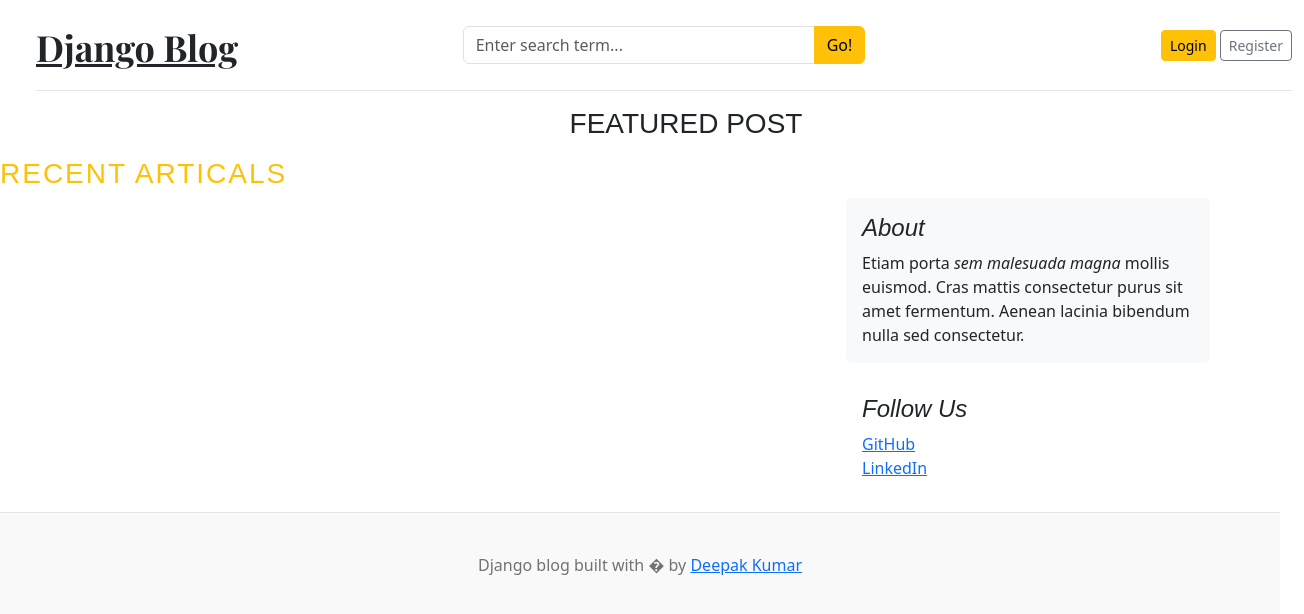
Repository: vijayholve/Blog-Website-Django
Page: templates/home.html
The author's editor kept a copy of each file at every save. The page is drawn from the files as they stood at one save, then again after the next save.
The browser window is 1280 px wide. The page is 1304 px wide, so the pictures cover 1304 px, including what lies to the right of the window. The pictures show the whole page.
Some web fonts or font styles are not loaded; a fallback is used. The template is drawn by Django 5.2. The application's start-up code is not run. Other server files are loaded and not shown. The template is opened directly, without the code that normally fills it, so the values that code supplies are empty.

Above is the page before, as saved 2025-01-29 16:13:16.

### templates/home.html

{% extends 'base/base.html' %}

{% block content %}

{% for post in featured_post %}
 {% if forloop.first %}
<div class="jumbotron p-3 p-md-5 text-white rounded bg-dark" style="background-image: url({{ post.blog_image.url }});background-blend-mode: overlay;background-size:cover;">
    <div class="col-md-8 px-0">
      <h1 class="display-4 font-italic"><a href="{% url 'blogs' post.slug %}">{{ post.title }}</a></h1>
      <p class="lead my-3">{{ post.short_description | truncatewords:20 }}</p>
      <p class="lead mb-0"><a href="#" class="text-white font-weight-bold">Continue reading...</a></p>
    </div>
</div>
  {% endif %}
{% endfor %}


<!-- Featured POST -->
<h3 class="container mr-4 text-uppercase text-dark text-bold text-center" >Featured POST</h3>
  <div class="row mb-2">
    {% for post in featured_post %}
      {% if not forloop.first %}
    <div class="col-md-6">
      <div class="card border-0" >
        <div class="card-body">
          <h3><a href="{% url 'blogs' post.slug %}">{{ post.title }}</a></h3>
          <small class="mb-1 text-muted">
            <span class=" material-symbols-outlined">
            schedule
            </span>
            {{ post.created_at | timesince }} ago | {{ post.author }}</small>
          <p class="card-text">{{ post.short_description | truncatewords:20 }}</p>
        </div>
      </div>
    </div>
     {% endif %}
    {% endfor %}
  </div>


  <!-- Recent artical -->
  <h3 class="text-uppercase text-warning" style="letter-spacing: 2px;">Recent Articals</h3>
  <main role="main" class="container p-0">
    <div class="row">
      <div class="col-md-8 blog-main">
        {% for post in posts %}
        <div class="card border-0" >
          <div class="card-body">
            <h3><a href="{% url 'blogs' post.slug %}">{{ post.title }}</a></h3>
            <small class="mb-1 text-muted">{{ post.created_at | timesince }} ago | {{ post.author }}</small>
            <p class="card-text">{{ post.short_description | truncatewords:20 }}</p>
          </div>
        </div>
        {% endfor %}
      </div>
      <!-- /.blog-main -->

      <aside class="col-md-4 blog-sidebar">
        <div class="p-3 mb-3 bg-light rounded">
          <h4 class="font-italic">About</h4>
          <p class="mb-0">Etiam porta <em>sem malesuada magna</em> mollis euismod. Cras mattis consectetur purus sit amet fermentum. Aenean lacinia bibendum nulla sed consectetur.</p>
        </div>

        <div class="p-3">
          <h4 class="font-italic">Follow Us</h4>
          <ol class="list-unstyled">
            <li><a href="#">GitHub</a></li>
            <li><a href="#">LinkedIn</a></li>
          </ol>
        </div>
      </aside><!-- /.blog-sidebar -->

    </div><!-- /.row -->

  </main><!-- /.container -->

</div>
{% endblock %}

### templates/base/base.html
<!-- Header part -->
{% include './header.html' %}

<!-- Main content part -->
{% block content %}
<div class="container-fluid">

</div>
{% endblock %}

<!-- Footer -->
{% include './footer.html' %}

### templates/base/header.html
{% load static %}
<!DOCTYPE html>
<html lang="en">
<head>
    <meta charset="UTF-8">
    <meta http-equiv="X-UA-Compatible" content="IE=edge">
    <meta name="viewport" content="width=device-width, initial-scale=1.0">
    <title>SM Joshi Blogs</title>
    <link href="https://getbootstrap.com/docs/4.0/dist/css/bootstrap.min.css" rel="stylesheet">
    <link href="https://fonts.googleapis.com/css?family=Playfair+Display:700,900" rel="stylesheet">
    <link href="{% static 'css/blog.css' %}" rel="stylesheet">
    <link href="{% static 'css/Navbar.css' %}" rel="stylesheet">
    <link rel="stylesheet" href="https://cdn.jsdelivr.net/npm/bootstrap@4.4.1/dist/css/bootstrap.min.css" integrity="sha384-Vkoo8x4CGsO3+Hhxv8T/Q5PaXtkKtu6ug5TOeNV6gBiFeWPGFN9MuhOf23Q9Ifjh" crossorigin="anonymous">
    <link href="https://cdn.jsdelivr.net/npm/bootstrap@5.3.3/dist/css/bootstrap.min.css" rel="stylesheet" integrity="sha384-QWTKZyjpPEjISv5WaRU9OFeRpok6YctnYmDr5pNlyT2bRjXh0JMhjY6hW+ALEwIH" crossorigin="anonymous">
    <link rel="stylesheet" href="https://fonts.googleapis.com/css2?family=Material+Symbols+Outlined:opsz,wght,FILL,GRAD@20..48,100..700,0..1,-50..200&icon_names=schedule" />
    <link rel="stylesheet" href="https://cdnjs.cloudflare.com/ajax/libs/font-awesome/4.7.0/css/font-awesome.min.css">

  </head>
<body>
    <div class="container-fluid ml-4">
      <header class="blog-header py-3">
        <div class="row flex-nowrap justify-content-between align-items-center">
          <div class="col-4 pt-1">
            <a class="blog-header-logo text-dark" href="/">Django Blog</a>
          </div>
          <div class="col-4">
            <form action="{% url 'search' %}" method="GET">
              <div class="input-group">
                <input class="form-control" name="keyword" type="text" placeholder="Enter search term..." aria-label="Enter search term..." aria-describedby="button-search" />
                <button type="submit" class="btn btn-warning" id="button-search" type="button">Go!</button>
            </div>
            </form>
          </div>

          <div class="col-4 d-flex justify-content-end align-items-center">
            {% if not user.is_authenticated %}
            <a class="btn btn-sm btn-warning" href="{% url 'login' %}">Login</a> &nbsp;
            <a class="btn btn-sm btn-outline-secondary" href="{% url 'register' %}">Register</a>
            {% else %}
            <span><a href="{% url 'dashboard' %}" class="btn btn-warning">Dashboard</a></span> &nbsp;
            <span><a href="{% url 'logout' %}">Logout</a></span>
            {% endif %}
          </div>
        </div>
      </header>

      <div class="nav-scroller py-1 mb-2">
        <nav class="nav d-flex justify-content-between">
          {% for cat in categories %}
          <a class="p-2 text-muted" href="{% url 'posts_by_category' cat.id  %}">{{ cat.category_name }}</a>
          {% endfor %}
        </nav>
      </div>
    </div>
    <script src="https://cdn.jsdelivr.net/npm/bootstrap@5.3.3/dist/js/bootstrap.bundle.min.js" integrity="sha384-YvpcrYf0tY3lHB60NNkmXc5s9fDVZLESaAA55NDzOxhy9GkcIdslK1eN7N6jIeHz" crossorigin="anonymous"></script>
</body>
</html>

### templates/base/footer.html
<footer class="blog-footer">
    <p>Django blog built with � by <a href="#">Deepak Kumar</a></p>
  </footer>
  </body>
  </html>

### static/css/blog.css
/* stylelint-disable selector-list-comma-newline-after */

.blog-header {
  border-bottom: 1px solid #e5e5e5;
}

.blog-header-logo {
  font-family: "Playfair Display", Georgia, "Times New Roman", serif/*rtl:Amiri, Georgia, "Times New Roman", serif*/;
  font-size: 2.25rem;
}

.blog-header-logo:hover {
  text-decoration: none;
}

h1, h2, h3, h4, h5, h6 {
  font-family: "Playfair Display", Georgia, "Times New Roman", serif/*rtl:Amiri, Georgia, "Times New Roman", serif*/;
}

.display-4 {
  font-size: 2.5rem;
}
@media (min-width: 768px) {
  .display-4 {
    font-size: 3rem;
  }
}

.flex-auto {
  flex: 0 0 auto;
}

.h-250 { height: 250px; }
@media (min-width: 768px) {
  .h-md-250 { height: 250px; }
}

/* Pagination */
.blog-pagination {
  margin-bottom: 4rem;
}

/*
 * Blog posts
 */
.blog-post {
  margin-bottom: 4rem;
}
.blog-post-title {
  font-size: 2.5rem;
}
.blog-post-meta {
  margin-bottom: 1.25rem;
  color: #727272;
}

/*
 * Footer
 */
.blog-footer {
  padding: 2.5rem 0;
  color: #727272;
  text-align: center;
  background-color: #f9f9f9;
  border-top: .05rem solid #e5e5e5;
}
.blog-footer p:last-child {
  margin-bottom: 0;
}


.material-symbols-outlined{
  width: 20px;
  /* height: 300px; */
}

### static/css/Navbar.css
:root {
    --font-family-sans-serif: "Open Sans", -apple-system, BlinkMacSystemFont,
    "Segoe UI", Roboto, "Helvetica Neue", Arial, sans-serif, "Apple Color Emoji",
    "Segoe UI Emoji", "Segoe UI Symbol", "Noto Color Emoji";
}

*, *::before, *::after {
    -webkit-box-sizing: border-box;
    box-sizing: border-box;
}

html {
    font-family: sans-serif;
    line-height: 1.15;
    -webkit-text-size-adjust: 100%;
    -webkit-tap-highlight-color: rgba(0, 0, 0, 0);
}

nav {
    display: block;
}

body {
    margin: 0;
    font-family: "Open Sans", -apple-system, BlinkMacSystemFont, "Segoe UI",
    Roboto, "Helvetica Neue", Arial, sans-serif, "Apple Color Emoji",
    "Segoe UI Emoji", "Segoe UI Symbol", "Noto Color Emoji";
    font-size: 1rem;
    font-weight: 400;
    line-height: 1.5;
    color: #515151;
    text-align: left;
    background-color: #e9edf4;
}

h1, h2, h3, h4, h5, h6 {
    margin-top: 0;
    margin-bottom: 0.5rem;
}

p {
    margin-top: 0;
    margin-bottom: 1rem;
}

a {
    color: #3f84fc;
    text-decoration: none;
    background-color: transparent;
}

a:hover {
    color: #0458eb;
    text-decoration: underline;
}

h1, h2, h3, h4, h5, h6, .h1, .h2, .h3, .h4, .h5, .h6 {
    font-family: "Nunito", sans-serif;
    margin-bottom: 0.5rem;
    font-weight: 500;
    line-height: 1.2;
}

h1, .h1 {
    font-size: 2.5rem;
    font-weight: normal;
}

.card {
    position: relative;
    display: -webkit-box;
    display: -webkit-flex;
    display: -ms-flexbox;
    display: flex;
    -webkit-box-orient: vertical;
    -webkit-box-direction: normal;
    -webkit-flex-direction: column;
    -ms-flex-direction: column;
    flex-direction: column;
    min-width: 0;
    word-wrap: break-word;
    background-color: #fff;
    background-clip: border-box;
    border: 1px solid rgba(0, 0, 0, 0.125);
    border-radius: 0;
}

.card-body {
    -webkit-box-flex: 1;
    -webkit-flex: 1 1 auto;
    -ms-flex: 1 1 auto;
    flex: 1 1 auto;
    padding: 1.25rem;
}

.card-header {
    padding: 0.75rem 1.25rem;
    margin-bottom: 0;
    background-color: rgba(0, 0, 0, 0.03);
    border-bottom: 1px solid rgba(0, 0, 0, 0.125);
    text-align: center;
}

.dashboard {
    display: -webkit-box;
    display: -webkit-flex;
    display: -ms-flexbox;
    display: flex;
    min-height: 100vh;
}

.dashboard-app {
    display: -webkit-box;
    display: -webkit-flex;
    display: -ms-flexbox;
    display: flex;
    -webkit-box-orient: vertical;
    -webkit-box-direction: normal;
    -webkit-flex-direction: column;
    -ms-flex-direction: column;
    flex-direction: column;
    -webkit-box-flex: 2;
    -webkit-flex-grow: 2;
    -ms-flex-positive: 2;
    flex-grow: 2;
    margin-top: 84px;
}

.dashboard-content {
    -webkit-box-flex: 2;
    -webkit-flex-grow: 2;
    -ms-flex-positive: 2;
    flex-grow: 2;
    padding: 25px;
}

.dashboard-nav {
    min-width: 238px;
    position: fixed;
    left: 0;
    top: 0;
    bottom: 0;
    overflow: auto;
    background-color: #373193;
}

.dashboard-compact .dashboard-nav {
    display: none;
}

.dashboard-nav header {
    min-height: 84px;
    padding: 8px 27px;
    display: -webkit-box;
    display: -webkit-flex;
    display: -ms-flexbox;
    display: flex;
    -webkit-box-pack: center;
    -webkit-justify-content: center;
    -ms-flex-pack: center;
    justify-content: center;
    -webkit-box-align: center;
    -webkit-align-items: center;
    -ms-flex-align: center;
    align-items: center;
}

.dashboard-nav header .menu-toggle {
    display: none;
    margin-right: auto;
}

.dashboard-nav a {
    color: #515151;
}

.dashboard-nav a:hover {
    text-decoration: none;
}

.dashboard-nav {
    background-color: #443ea2;
}

.dashboard-nav a {
    color: #fff;
}

.brand-logo {
    font-family: "Nunito", sans-serif;
    font-weight: bold;
    font-size: 20px;
    display: -webkit-box;
    display: -webkit-flex;
    display: -ms-flexbox;
    display: flex;
    color: #515151;
    -webkit-box-align: center;
    -webkit-align-items: center;
    -ms-flex-align: center;
    align-items: center;
}

.brand-logo:focus, .brand-logo:active, .brand-logo:hover {
    color: #dbdbdb;
    text-decoration: none;
}

.brand-logo i {
    color: #d2d1d1;
    font-size: 27px;
    margin-right: 10px;
}

.dashboard-nav-list {
    display: -webkit-box;
    display: -webkit-flex;
    display: -ms-flexbox;
    display: flex;
    -webkit-box-orient: vertical;
    -webkit-box-direction: normal;
    -webkit-flex-direction: column;
    -ms-flex-direction: column;
    flex-direction: column;
}

.dashboard-nav-item {
    min-height: 56px;
    padding: 8px 20px 8px 70px;
    display: -webkit-box;
    display: -webkit-flex;
    display: -ms-flexbox;
    display: flex;
    -webkit-box-align: center;
    -webkit-align-items: center;
    -ms-flex-align: center;
    align-items: center;
    letter-spacing: 0.02em;
    transition: ease-out 0.5s;
}

.dashboard-nav-item i {
    width: 36px;
    font-size: 19px;
    margin-left: -40px;
}

.dashboard-nav-item:hover {
    background: rgba(255, 255, 255, 0.04);
}

.active {
    background: rgba(0, 0, 0, 0.1);
}

.dashboard-nav-dropdown {
    display: -webkit-box;
    display: -webkit-flex;
    display: -ms-flexbox;
    display: flex;
    -webkit-box-orient: vertical;
    -webkit-box-direction: normal;
    -webkit-flex-direction: column;
    -ms-flex-direction: column;
    flex-direction: column;
}

.dashboard-nav-dropdown.show {
    background: rgba(255, 255, 255, 0.04);
}

.dashboard-nav-dropdown.show > .dashboard-nav-dropdown-toggle {
    font-weight: bold;
}

.dashboard-nav-dropdown.show > .dashboard-nav-dropdown-toggle:after {
    -webkit-transform: none;
    -o-transform: none;
    transform: none;
}

.dashboard-nav-dropdown.show > .dashboard-nav-dropdown-menu {
    display: -webkit-box;
    display: -webkit-flex;
    display: -ms-flexbox;
    display: flex;
}

.dashboard-nav-dropdown-toggle:after {
    content: "";
    margin-left: auto;
    display: inline-block;
    width: 0;
    height: 0;
    border-left: 5px solid transparent;
    border-right: 5px solid transparent;
    border-top: 5px solid rgba(81, 81, 81, 0.8);
    -webkit-transform: rotate(90deg);
    -o-transform: rotate(90deg);
    transform: rotate(90deg);
}

.dashboard-nav .dashboard-nav-dropdown-toggle:after {
    border-top-color: rgba(255, 255, 255, 0.72);
}

.dashboard-nav-dropdown-menu {
    display: none;
    -webkit-box-orient: vertical;
    -webkit-box-direction: normal;
    -webkit-flex-direction: column;
    -ms-flex-direction: column;
    flex-direction: column;
}

.dashboard-nav-dropdown-item {
    min-height: 40px;
    padding: 8px 20px 8px 70px;
    display: -webkit-box;
    display: -webkit-flex;
    display: -ms-flexbox;
    display: flex;
    -webkit-box-align: center;
    -webkit-align-items: center;
    -ms-flex-align: center;
    align-items: center;
    transition: ease-out 0.5s;
}

.dashboard-nav-dropdown-item:hover {
    background: rgba(255, 255, 255, 0.04);
}

.menu-toggle {
    position: relative;
    width: 42px;
    height: 42px;
    display: -webkit-box;
    display: -webkit-flex;
    display: -ms-flexbox;
    display: flex;
    -webkit-box-align: center;
    -webkit-align-items: center;
    -ms-flex-align: center;
    align-items: center;
    -webkit-box-pack: center;
    -webkit-justify-content: center;
    -ms-flex-pack: center;
    justify-content: center;
    color: #443ea2;
}

.menu-toggle:hover, .menu-toggle:active, .menu-toggle:focus {
    text-decoration: none;
    color: #875de5;
}

.menu-toggle i {
    font-size: 20px;
}

.dashboard-toolbar {
    min-height: 84px;
    background-color: #dfdfdf;
    display: -webkit-box;
    display: -webkit-flex;
    display: -ms-flexbox;
    display: flex;
    -webkit-box-align: center;
    -webkit-align-items: center;
    -ms-flex-align: center;
    align-items: center;
    padding: 8px 27px;
    position: fixed;
    top: 0;
    right: 0;
    left: 0;
    z-index: 1000;
}

.nav-item-divider {
    height: 1px;
    margin: 1rem 0;
    overflow: hidden;
    background-color: rgba(236, 238, 239, 0.3);
}

@media (min-width: 992px) {
    .dashboard-app {
        margin-left: 238px;
    }

    .dashboard-compact .dashboard-app {
        margin-left: 0;
    }
}


@media (max-width: 768px) {
    .dashboard-content {
        padding: 15px 0px;
    }
}

@media (max-width: 992px) {
    .dashboard-nav {
        display: none;
        position: fixed;
        top: 0;
        right: 0;
        left: 0;
        bottom: 0;
        z-index: 1070;
    }

    .dashboard-nav.mobile-show {
        display: block;
    }
}

@media (max-width: 992px) {
    .dashboard-nav header .menu-toggle {
        display: -webkit-box;
        display: -webkit-flex;
        display: -ms-flexbox;
        display: flex;
    }
}

@media (min-width: 992px) {
    .dashboard-toolbar {
        left: 238px;
    }

    .dashboard-compact .dashboard-toolbar {
        left: 0;
    }
}

After the next save:
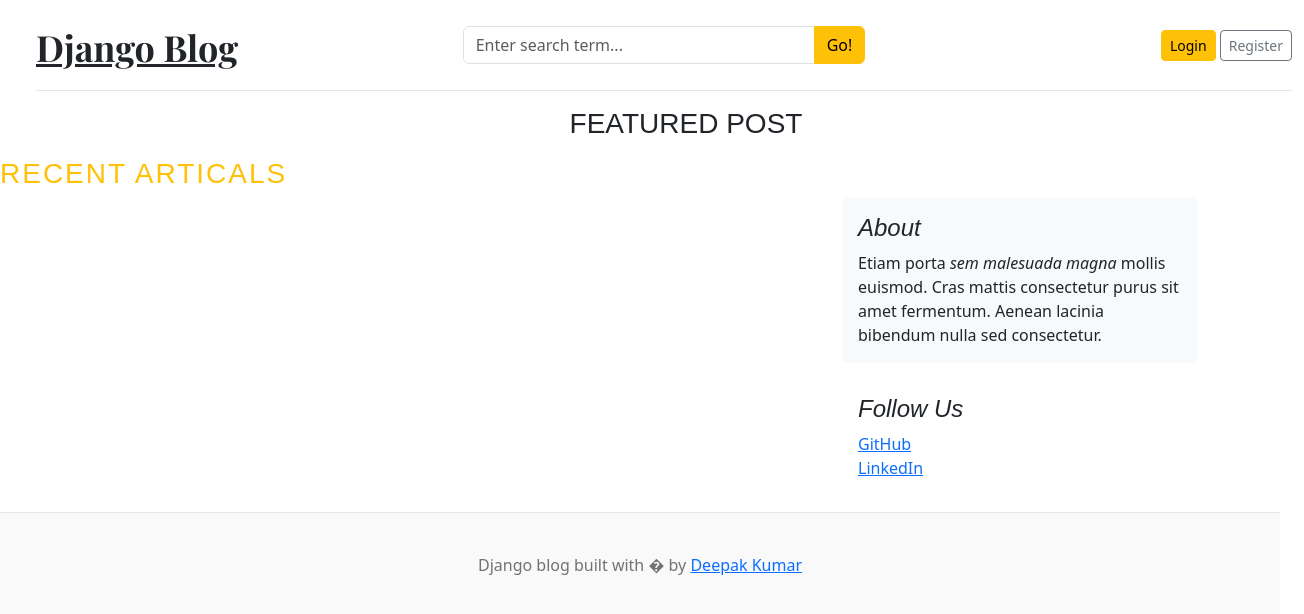
Saved 2 min 26 s later.
--- a/templates/home.html
+++ b/templates/home.html
@@ -41,7 +41,7 @@
 
   <!-- Recent artical -->
   <h3 class="text-uppercase text-warning" style="letter-spacing: 2px;">Recent Articals</h3>
-  <main role="main" class="container p-0">
+  <main role="main" class="container ">
     <div class="row">
       <div class="col-md-8 blog-main">
         {% for post in posts %}
